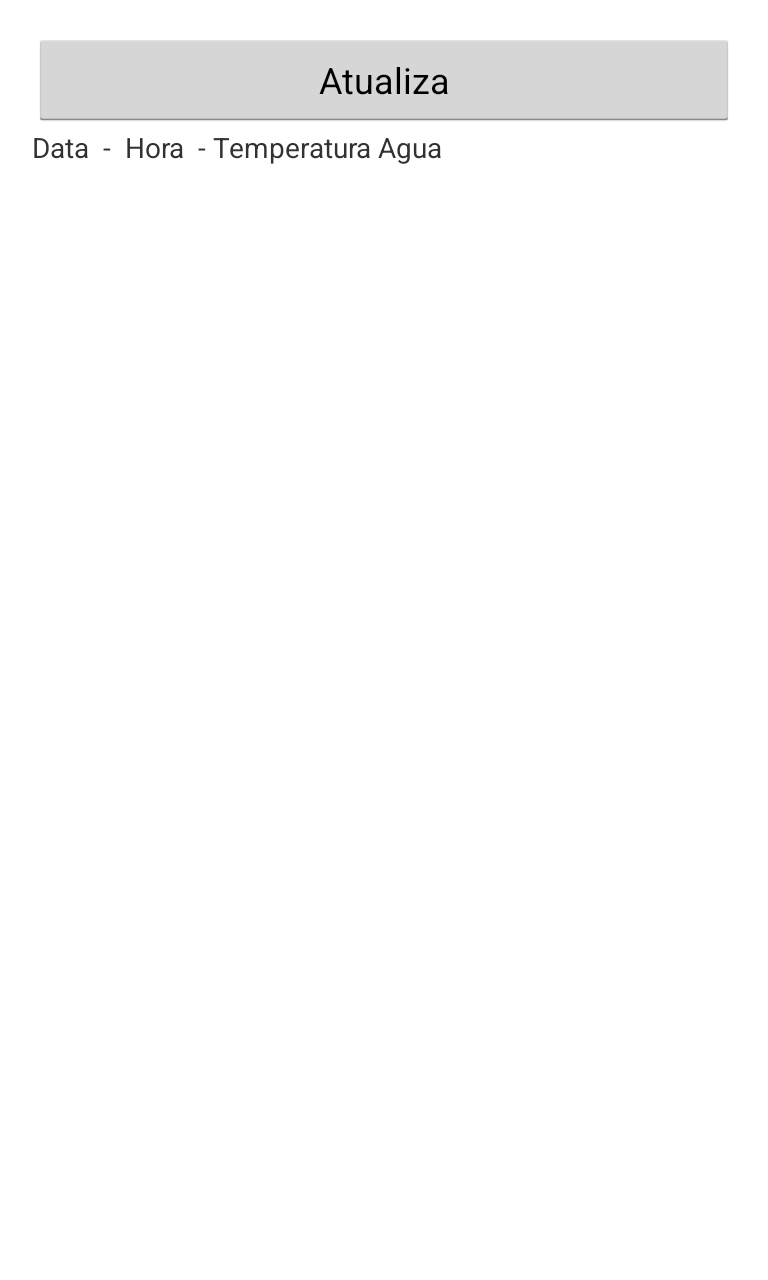
Repository: fernandoreb/android
Layout: MyFirstApp/res/layout/activity_main.xml
These files come from the project's save history. The layout is drawn as it stood at one moment and after the next save; the edit follows.
It is drawn on a 768 x 1280 px phone screen (xhdpi) without system bars, with theme AppTheme; the app's code is not run.

Above is the layout before, as saved 2013-07-21 13:45:42.

After the next save:
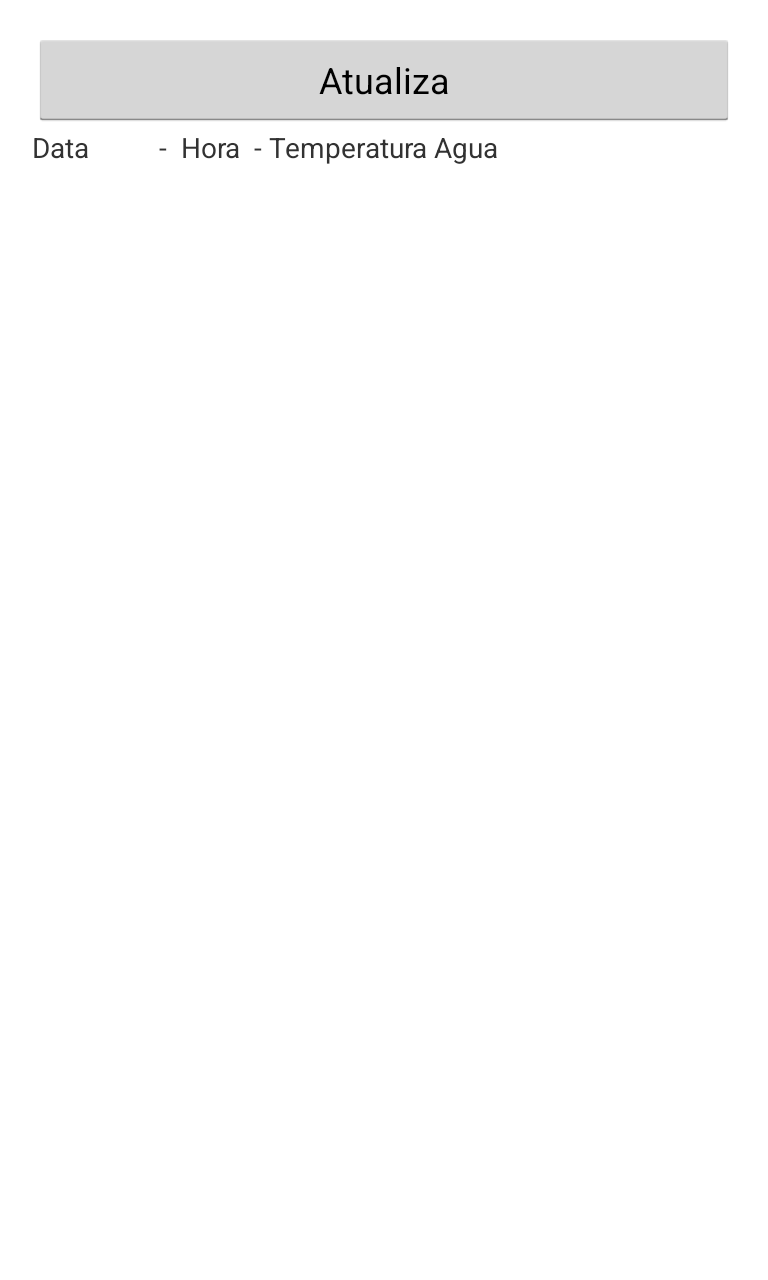
Saved 65 s later.
--- a/MyFirstApp/res/layout/activity_main.xml
+++ b/MyFirstApp/res/layout/activity_main.xml
@@ -13,7 +13,7 @@
     		<Button android:id="@+id/Button02" android:layout_width="wrap_content" android:layout_height="wrap_content" android:text="Atualiza"></Button>
  		</TableRow>
  		<TableRow android:id="@+id/TableRow03" android:layout_width="wrap_content" android:layout_height="wrap_content">
-    		<TextView android:id="@+id/TextView01" android:layout_width="fill_parent" android:layout_height="wrap_content" android:text="Data  -  Hora  - Temperatura Agua"></TextView>
+    		<TextView android:id="@+id/TextView01" android:layout_width="fill_parent" android:layout_height="wrap_content" android:text="Data          -  Hora  - Temperatura Agua"></TextView>
     	</TableRow>
  		<TableRow android:id="@+id/TableRow01" android:layout_width="wrap_content" android:layout_height="wrap_content">
     		<ScrollView android:id="@+id/ScrollView01" android:layout_width="wrap_content" android:layout_height="wrap_content">
